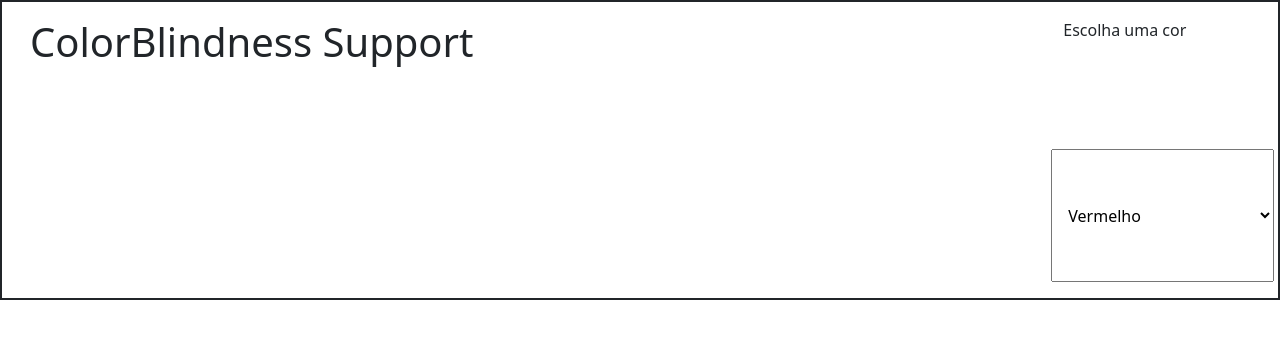
Repository: pedrosiqueira/daltonchrome
Page: popup.html
These files come from the project's save history. The page is drawn as it stood at one moment and after the next save; the edit follows.
The browser window is 1280 px wide. The pictures show the whole page.

Above is the page before, as saved 2022-06-17 13:01:59.

### popup.html
<!DOCTYPE html>
<html>

<head>
    <meta charset="utf-8" />
    <link href="css/vendor/bootstrap.min.css" rel="stylesheet" crossorigin="anonymous">
    <link rel="stylesheet" type="text/css" href="css/popup.css" />
</head>

<body class="p-3 d-flex border border-dark border-2 ">

    <div class="container flex">

        <h1> ColorBlindness Support </h1>

        <!--
        <div class="form-check form-switch col">
            <input class="form-check-input" type="checkbox" id="flexSwitchCheckChecked">
            <label class="form-check-label" for="flexSwitchCheckChecked" id="MeuSwitch">Ativar extensão</label>
        </div>

        <button id="meubotao" type="button" class="btn row w-10 h-15 btn-dark">
            Clique-me
        </button>
    -->

    </div>

    <div class="flex-container row">
        <label for="cores">Escolha uma cor</label>

        <select name="cores" id="cores">
            <option value="red">Vermelho</option>
            <option value="green">Verde</option>
            <option value="blue">Azul</option>
        </select>
    </div>

    <script src="js/vendor/jquery-3.6.0.min.js"></script>
    <script src="js/vendor/bootstrap.bundle.min.js"></script>
    <script src="js/popup.js"></script>
</body>

</html>

### css/popup.css
body {
    min-width:600px;
    min-height:300px;
}

#table-wrapper {
    position:relative;
    white-space: nowrap;
}
#table-scroll {
    overflow:auto;
    margin-top:20px;
}
#table-wrapper table {
    width:100%;

}

#table-wrapper table thead th .text {
    position:absolute;
    top:-20px;
    z-index:2;
    height:20px;
    width:35%;
    border:1px solid red;
}

#table-wrapper table tbody td{
    border: 1px solid black;
}

### js/popup.js
start()

function start() {
    $("#meubotao").click(umafuncao)
}

function ativar(){
    $("#MeuSwitch")
}


async function umafuncao() {

    // obtém a aba atual
    [currentTab] = await chrome.tabs.query({ active: true, currentWindow: true });

    // envia mensagem para a aba atual
    chrome.tabs.sendMessage(currentTab.id, { nome: "Carol", curso: "TADS", orientador: "pedro" }, callback);


}

// funcao que recebe a resposta da mensagem que foi enviada para alguma aba
function callback(response) {
    console.log("ufa, a mensagem conseguiu chegar!")
    console.log(response)
}

Loaded but not shown: css/vendor/bootstrap.min.css (library); js/vendor/jquery-3.6.0.min.js (library); js/vendor/bootstrap.bundle.min.js (library)

After the next save:
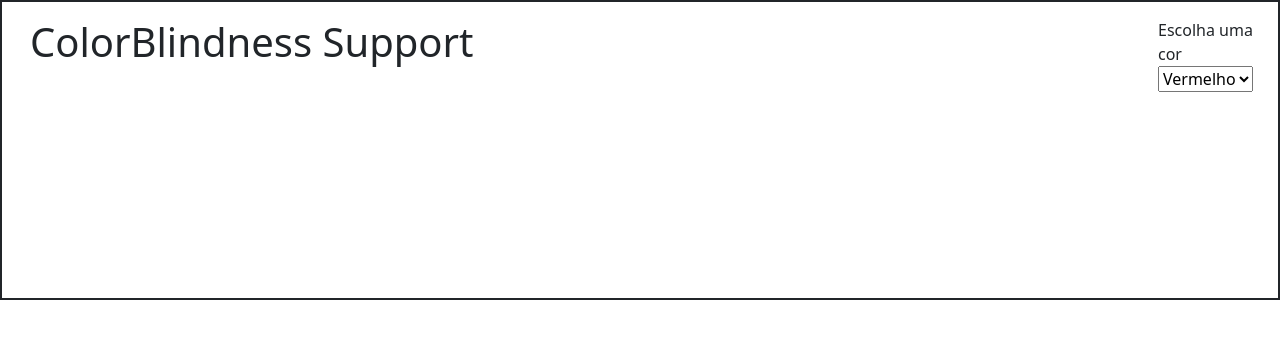
Saved 9 s later.
--- a/popup.html
+++ b/popup.html
@@ -26,7 +26,7 @@
 
     </div>
 
-    <div class="flex-container row">
+    <div class="flex-container col">
         <label for="cores">Escolha uma cor</label>
 
         <select name="cores" id="cores">
